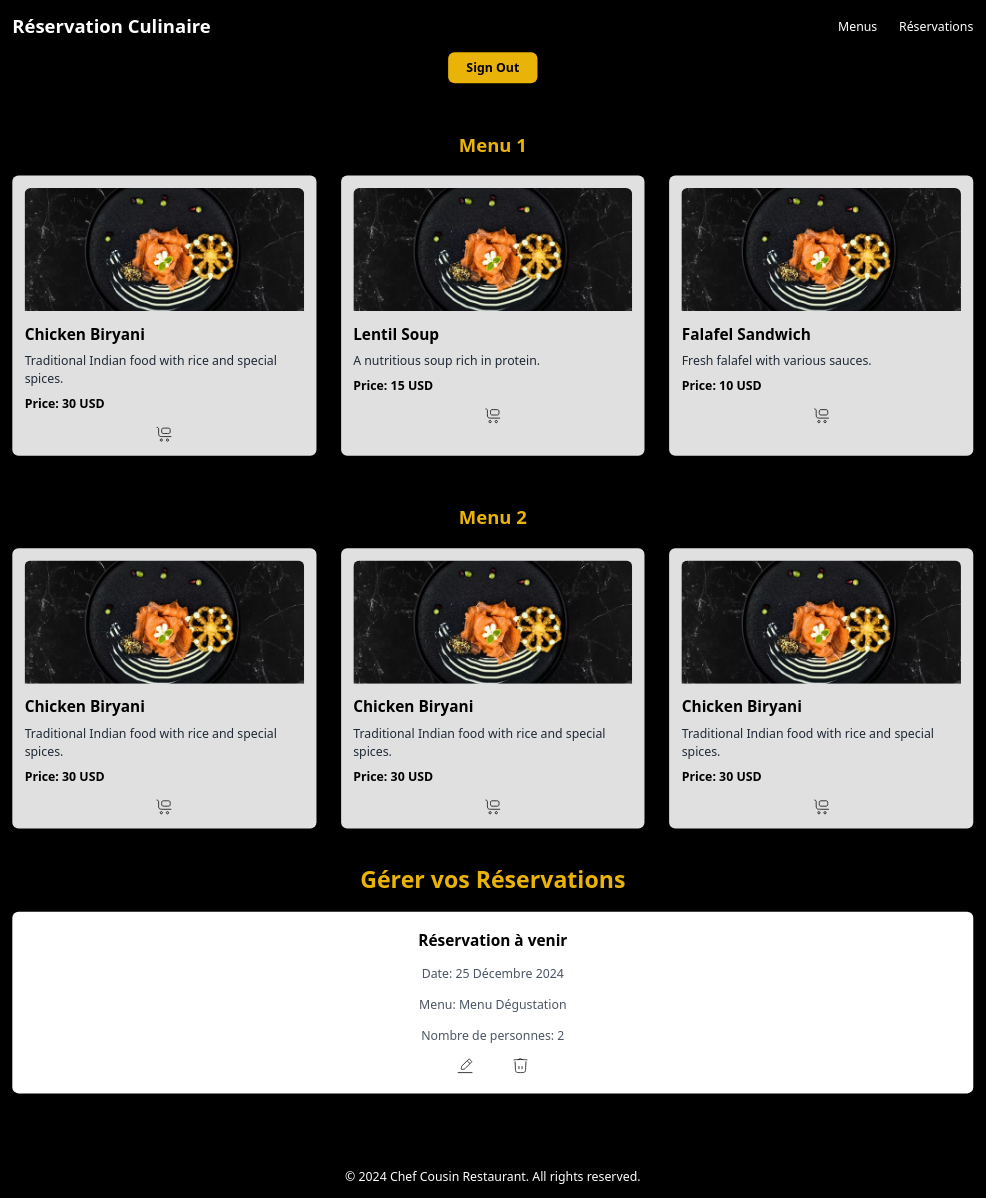
Repository: HamzaChehlaoui/Site-Web-pour-un-Chef-Cuisinier
Page: http://localhost/menuutil.php
The author's editor kept a copy of each file at every save. The page is drawn from the files as they stood at one save, then again after a run of saves.
The browser window is 1280 px wide. The pictures show the whole page, at 77% of full size.
Some web libraries are served in a nearby version. The page is run by PHP 8.4 with error messages shown; the project is at /var/www/html/.

Above is the page before, as saved 2024-12-18 17:20:16.

### menuutil.php
<!DOCTYPE html>
<html lang="fr">
<head>
    <meta charset="UTF-8">
    <meta name="viewport" content="width=device-width, initial-scale=1.0">
    <title>Réservation d'Expérience Culinaire</title>
    <script src="https://cdn.tailwindcss.com"></script></head>
<body class="bg-black font-sans">

    <!-- Navbar -->
    <header class="bg-black text-white p-4">
        <div class="max-w-7xl mx-auto flex justify-between items-center">
            <h1 class="text-[1.5rem] font-semibold">Réservation Culinaire</h1>
            <nav class="space-x-6">
                <a href="#menus" class="hover:text-gray-300">Menus</a>
                <a href="#reservations" class="hover:text-gray-300">Réservations</a>
            </nav>
        </div>
    </header>
    <div class="text-center mb-8">
        <a href="index.php" class="inline-block bg-yellow-500 text-black px-6 py-2 rounded-lg font-semibold hover:scale-105 hover:shadow-lg transition-transform">
            Sign Out
        </a>
    </div>
    <!-- Menu Section -->
    <section class="py-8">
        <div class="container mx-auto px-4">
            <h2 class="text-2xl font-semibold mb-6 text-center text-yellow-500">Menu 1</h2>
            <div class="grid grid-cols-1 sm:grid-cols-2 lg:grid-cols-3 gap-8">
                <!-- Dish 1 -->
                <div class="bg-[#E0E0E0] p-4 rounded-lg shadow-lg hover:shadow-xl hover:bg-[#E0E0E0] transition duration-300">
                    <img src="zalmbloem-met-roomkaas_hr-4.webp" alt="Dish 1" class="w-full h-40 object-cover rounded-t-lg">
                    <h3 class="text-xl font-semibold mt-4 text-black">Chicken Biryani</h3>
                    <p class="text-gray-800 mt-2">Traditional Indian food with rice and special spices.</p>
                    <p class="mt-2 font-bold text-black">Price: 30 USD</p>
                      <!-- Edit and Delete buttons -->
                    <div class="mt-4 flex justify-center">
                <svg width="24" height="24" viewBox="0 0 24 24" fill="none" xmlns="http://www.w3.org/2000/svg">
                <path d="M10 19.5C10 20.3284 9.32843 21 8.5 21C7.67157 21 7 20.3284 7 19.5C7 18.6716 7.67157 18 8.5 18C9.32843 18 10 18.6716 10 19.5Z" stroke="black" stroke-width="null" class="my-path"></path>
                <path d="M18 19.5C18 20.3284 17.3284 21 16.5 21C15.6716 21 15 20.3284 15 19.5C15 18.6716 15.6716 18 16.5 18C17.3284 18 18 18.6716 18 19.5Z" stroke="black" stroke-width="null" class="my-path"></path>
                <path d="M21 15H11C8.17157 15 6.75736 15 5.87868 14.1213C5 13.2426 5 11.8284 5 9V5C5 3.89543 4.10457 3 3 3" stroke="black" stroke-width="null" stroke-linecap="round" class="my-path"></path>
                <path d="M9 7.5C9 6.09554 9 5.39331 9.33706 4.88886C9.48298 4.67048 9.67048 4.48298 9.88886 4.33706C10.3933 4 11.0955 4 12.5 4H16.5C17.9045 4 18.6067 4 19.1111 4.33706C19.3295 4.48298 19.517 4.67048 19.6629 4.88886C20 5.39331 20 6.09554 20 7.5C20 8.90446 20 9.60669 19.6629 10.1111C19.517 10.3295 19.3295 10.517 19.1111 10.6629C18.6067 11 17.9045 11 16.5 11H12.5C11.0955 11 10.3933 11 9.88886 10.6629C9.67048 10.517 9.48298 10.3295 9.33706 10.1111C9 9.60669 9 8.90446 9 7.5Z" stroke="black" stroke-width="null" class="my-path"></path>
                </svg>

                    </div>
                </div>
                <!-- Dish 2 -->
                <div class="bg-[#E0E0E0] p-4 rounded-lg shadow-lg hover:shadow-xl hover:bg-[#E0E0E0] transition duration-300">
                    <img src="zalmbloem-met-roomkaas_hr-4.webp" alt="Dish 2" class="w-full h-40 object-cover rounded-t-lg">
                    <h3 class="text-xl font-semibold mt-4 text-black">Lentil Soup</h3>
                    <p class="text-gray-800 mt-2">A nutritious soup rich in protein.</p>
                    <p class="mt-2 font-bold text-black">Price: 15 USD</p>
                      <!-- Edit and Delete buttons -->
                    <div class="mt-4 flex justify-center">
                    <svg width="24" height="24" viewBox="0 0 24 24" fill="none" xmlns="http://www.w3.org/2000/svg">
                    <path d="M10 19.5C10 20.3284 9.32843 21 8.5 21C7.67157 21 7 20.3284 7 19.5C7 18.6716 7.67157 18 8.5 18C9.32843 18 10 18.6716 10 19.5Z" stroke="black" stroke-width="null" class="my-path"></path>
                    <path d="M18 19.5C18 20.3284 17.3284 21 16.5 21C15.6716 21 15 20.3284 15 19.5C15 18.6716 15.6716 18 16.5 18C17.3284 18 18 18.6716 18 19.5Z" stroke="black" stroke-width="null" class="my-path"></path>
                    <path d="M21 15H11C8.17157 15 6.75736 15 5.87868 14.1213C5 13.2426 5 11.8284 5 9V5C5 3.89543 4.10457 3 3 3" stroke="black" stroke-width="null" stroke-linecap="round" class="my-path"></path>
                    <path d="M9 7.5C9 6.09554 9 5.39331 9.33706 4.88886C9.48298 4.67048 9.67048 4.48298 9.88886 4.33706C10.3933 4 11.0955 4 12.5 4H16.5C17.9045 4 18.6067 4 19.1111 4.33706C19.3295 4.48298 19.517 4.67048 19.6629 4.88886C20 5.39331 20 6.09554 20 7.5C20 8.90446 20 9.60669 19.6629 10.1111C19.517 10.3295 19.3295 10.517 19.1111 10.6629C18.6067 11 17.9045 11 16.5 11H12.5C11.0955 11 10.3933 11 9.88886 10.6629C9.67048 10.517 9.48298 10.3295 9.33706 10.1111C9 9.60669 9 8.90446 9 7.5Z" stroke="black" stroke-width="null" class="my-path"></path>
                    </svg>

                    </div>
                </div>
                <!-- Dish 3 -->
                <div class="bg-[#E0E0E0] p-4 rounded-lg shadow-lg hover:shadow-xl hover:bg-[#E0E0E0] transition duration-300">
                    <img src="zalmbloem-met-roomkaas_hr-4.webp" alt="Dish 3" class="w-full h-40 object-cover rounded-t-lg">
                    <h3 class="text-xl font-semibold mt-4 text-black">Falafel Sandwich</h3>
                    <p class="text-gray-800 mt-2">Fresh falafel with various sauces.</p>
                    <p class="mt-2 font-bold text-black">Price: 10 USD</p>
                       <!-- Edit and Delete buttons -->
                    <div class="mt-4 flex justify-center">
                        <!-- edit  -->
                        <svg width="24" height="24" viewBox="0 0 24 24" fill="none" xmlns="http://www.w3.org/2000/svg">
                        <path d="M10 19.5C10 20.3284 9.32843 21 8.5 21C7.67157 21 7 20.3284 7 19.5C7 18.6716 7.67157 18 8.5 18C9.32843 18 10 18.6716 10 19.5Z" stroke="black" stroke-width="null" class="my-path"></path>
                        <path d="M18 19.5C18 20.3284 17.3284 21 16.5 21C15.6716 21 15 20.3284 15 19.5C15 18.6716 15.6716 18 16.5 18C17.3284 18 18 18.6716 18 19.5Z" stroke="black" stroke-width="null" class="my-path"></path>
                        <path d="M21 15H11C8.17157 15 6.75736 15 5.87868 14.1213C5 13.2426 5 11.8284 5 9V5C5 3.89543 4.10457 3 3 3" stroke="black" stroke-width="null" stroke-linecap="round" class="my-path"></path>
                        <path d="M9 7.5C9 6.09554 9 5.39331 9.33706 4.88886C9.48298 4.67048 9.67048 4.48298 9.88886 4.33706C10.3933 4 11.0955 4 12.5 4H16.5C17.9045 4 18.6067 4 19.1111 4.33706C19.3295 4.48298 19.517 4.67048 19.6629 4.88886C20 5.39331 20 6.09554 20 7.5C20 8.90446 20 9.60669 19.6629 10.1111C19.517 10.3295 19.3295 10.517 19.1111 10.6629C18.6067 11 17.9045 11 16.5 11H12.5C11.0955 11 10.3933 11 9.88886 10.6629C9.67048 10.517 9.48298 10.3295 9.33706 10.1111C9 9.60669 9 8.90446 9 7.5Z" stroke="black" stroke-width="null" class="my-path"></path>
                        </svg>
                    </div>
                </div>
                </div>
            </div>
        </div>
         <!-- /* From Uiverse.io by OnCloud125252 */  -->

    </section>
    <section class="py-8">
        <div class="container mx-auto px-4">
            <h2 class="text-2xl font-semibold mb-6 text-center text-yellow-500">Menu 2</h2>
            <div class="grid grid-cols-1 sm:grid-cols-2 lg:grid-cols-3 gap-8">
                <!-- Repeat the dishes here with Edit and Delete buttons -->
                <div class="bg-[#E0E0E0] p-4 rounded-lg shadow-lg hover:shadow-xl hover:bg-[#E0E0E0] transition duration-300">
                    <img src="zalmbloem-met-roomkaas_hr-4.webp" alt="Dish 1" class="w-full h-40 object-cover rounded-t-lg">
                    <h3 class="text-xl font-semibold mt-4 text-black">Chicken Biryani</h3>
                    <p class="text-gray-800 mt-2">Traditional Indian food with rice and special spices.</p>
                    <p class="mt-2 font-bold text-black">Price: 30 USD</p>
                      <!-- Edit and Delete buttons -->
                    <div class="mt-4 flex justify-center">
                        <!-- edit  -->
                        <svg width="24" height="24" viewBox="0 0 24 24" fill="none" xmlns="http://www.w3.org/2000/svg">
                        <path d="M10 19.5C10 20.3284 9.32843 21 8.5 21C7.67157 21 7 20.3284 7 19.5C7 18.6716 7.67157 18 8.5 18C9.32843 18 10 18.6716 10 19.5Z" stroke="black" stroke-width="null" class="my-path"></path>
                        <path d="M18 19.5C18 20.3284 17.3284 21 16.5 21C15.6716 21 15 20.3284 15 19.5C15 18.6716 15.6716 18 16.5 18C17.3284 18 18 18.6716 18 19.5Z" stroke="black" stroke-width="null" class="my-path"></path>
                        <path d="M21 15H11C8.17157 15 6.75736 15 5.87868 14.1213C5 13.2426 5 11.8284 5 9V5C5 3.89543 4.10457 3 3 3" stroke="black" stroke-width="null" stroke-linecap="round" class="my-path"></path>
                        <path d="M9 7.5C9 6.09554 9 5.39331 9.33706 4.88886C9.48298 4.67048 9.67048 4.48298 9.88886 4.33706C10.3933 4 11.0955 4 12.5 4H16.5C17.9045 4 18.6067 4 19.1111 4.33706C19.3295 4.48298 19.517 4.67048 19.6629 4.88886C20 5.39331 20 6.09554 20 7.5C20 8.90446 20 9.60669 19.6629 10.1111C19.517 10.3295 19.3295 10.517 19.1111 10.6629C18.6067 11 17.9045 11 16.5 11H12.5C11.0955 11 10.3933 11 9.88886 10.6629C9.67048 10.517 9.48298 10.3295 9.33706 10.1111C9 9.60669 9 8.90446 9 7.5Z" stroke="black" stroke-width="null" class="my-path"></path>
                        </svg>

                    </div>
                </div>
                <!-- Dish 1 -->
                <div class="bg-[#E0E0E0] p-4 rounded-lg shadow-lg hover:shadow-xl hover:bg-[#E0E0E0] transition duration-300">
                    <img src="zalmbloem-met-roomkaas_hr-4.webp" alt="Dish 1" class="w-full h-40 object-cover rounded-t-lg">
                    <h3 class="text-xl font-semibold mt-4 text-black">Chicken Biryani</h3>
                    <p class="text-gray-800 mt-2">Traditional Indian food with rice and special spices.</p>
                    <p class="mt-2 font-bold text-black">Price: 30 USD</p>
                      <!-- Edit and Delete buttons -->
                    <div class="mt-4 flex justify-center">
                    <svg width="24" height="24" viewBox="0 0 24 24" fill="none" xmlns="http://www.w3.org/2000/svg">
                    <path d="M10 19.5C10 20.3284 9.32843 21 8.5 21C7.67157 21 7 20.3284 7 19.5C7 18.6716 7.67157 18 8.5 18C9.32843 18 10 18.6716 10 19.5Z" stroke="black" stroke-width="null" class="my-path"></path>
                    <path d="M18 19.5C18 20.3284 17.3284 21 16.5 21C15.6716 21 15 20.3284 15 19.5C15 18.6716 15.6716 18 16.5 18C17.3284 18 18 18.6716 18 19.5Z" stroke="black" stroke-width="null" class="my-path"></path>
                    <path d="M21 15H11C8.17157 15 6.75736 15 5.87868 14.1213C5 13.2426 5 11.8284 5 9V5C5 3.89543 4.10457 3 3 3" stroke="black" stroke-width="null" stroke-linecap="round" class="my-path"></path>
                    <path d="M9 7.5C9 6.09554 9 5.39331 9.33706 4.88886C9.48298 4.67048 9.67048 4.48298 9.88886 4.33706C10.3933 4 11.0955 4 12.5 4H16.5C17.9045 4 18.6067 4 19.1111 4.33706C19.3295 4.48298 19.517 4.67048 19.6629 4.88886C20 5.39331 20 6.09554 20 7.5C20 8.90446 20 9.60669 19.6629 10.1111C19.517 10.3295 19.3295 10.517 19.1111 10.6629C18.6067 11 17.9045 11 16.5 11H12.5C11.0955 11 10.3933 11 9.88886 10.6629C9.67048 10.517 9.48298 10.3295 9.33706 10.1111C9 9.60669 9 8.90446 9 7.5Z" stroke="black" stroke-width="null" class="my-path"></path>
                    </svg>
                   </div>
                </div>
            <!-- Dish 1 -->
            <div class="bg-[#E0E0E0] p-4 rounded-lg shadow-lg hover:shadow-xl hover:bg-[#E0E0E0] transition duration-300">
                    <img src="zalmbloem-met-roomkaas_hr-4.webp" alt="Dish 1" class="w-full h-40 object-cover rounded-t-lg">
                    <h3 class="text-xl font-semibold mt-4 text-black">Chicken Biryani</h3>
                    <p class="text-gray-800 mt-2">Traditional Indian food with rice and special spices.</p>
                    <p class="mt-2 font-bold text-black">Price: 30 USD</p>
                      <!-- Edit and Delete buttons -->
                    <div class="mt-4 flex justify-center">
                    <svg width="24" height="24" viewBox="0 0 24 24" fill="none" xmlns="http://www.w3.org/2000/svg">
                    <path d="M10 19.5C10 20.3284 9.32843 21 8.5 21C7.67157 21 7 20.3284 7 19.5C7 18.6716 7.67157 18 8.5 18C9.32843 18 10 18.6716 10 19.5Z" stroke="black" stroke-width="null" class="my-path"></path>
                    <path d="M18 19.5C18 20.3284 17.3284 21 16.5 21C15.6716 21 15 20.3284 15 19.5C15 18.6716 15.6716 18 16.5 18C17.3284 18 18 18.6716 18 19.5Z" stroke="black" stroke-width="null" class="my-path"></path>
                    <path d="M21 15H11C8.17157 15 6.75736 15 5.87868 14.1213C5 13.2426 5 11.8284 5 9V5C5 3.89543 4.10457 3 3 3" stroke="black" stroke-width="null" stroke-linecap="round" class="my-path"></path>
                    <path d="M9 7.5C9 6.09554 9 5.39331 9.33706 4.88886C9.48298 4.67048 9.67048 4.48298 9.88886 4.33706C10.3933 4 11.0955 4 12.5 4H16.5C17.9045 4 18.6067 4 19.1111 4.33706C19.3295 4.48298 19.517 4.67048 19.6629 4.88886C20 5.39331 20 6.09554 20 7.5C20 8.90446 20 9.60669 19.6629 10.1111C19.517 10.3295 19.3295 10.517 19.1111 10.6629C18.6067 11 17.9045 11 16.5 11H12.5C11.0955 11 10.3933 11 9.88886 10.6629C9.67048 10.517 9.48298 10.3295 9.33706 10.1111C9 9.60669 9 8.90446 9 7.5Z" stroke="black" stroke-width="null" class="my-path"></path>
                    </svg>
                   </div>
                </div>
            </div>
    <!-- Reservation Section -->
    <section id="reservations" class="py-12 bg-black">
        <div class="max-w-7xl mx-auto text-center">
            <h2 class="text-3xl font-bold mb-6 text-yellow-500">Gérer vos Réservations</h2>

            <div class="bg-white p-6 rounded-lg shadow-md">
                <h3 class="text-xl font-semibold mb-4">Réservation à venir</h3>
                <p class="text-gray-600 mb-4">Date: 25 Décembre 2024</p>
                <p class="text-gray-600 mb-4">Menu: Menu Dégustation</p>
                <p class="text-gray-600 mb-4">Nombre de personnes: 2</p>
                 <!-- Edit and Delete buttons -->
                 <div class="mt-4 flex justify-center gap-[3rem]">
                    <svg width="24" height="24" viewBox="0 0 24 24" fill="none" xmlns="http://www.w3.org/2000/svg">
                    <path d="M15.7734 4.42255L8.01924 12.2706C7.79291 12.4996 7.67974 12.6142 7.60917 12.7552C7.53859 12.8961 7.51521 13.0544 7.46845 13.3709L7.30803 14.4566C7.12534 15.693 7.034 16.3112 7.40145 16.6645C7.7689 17.0178 8.39306 16.9118 9.64137 16.6999L10.7375 16.5139C11.0571 16.4596 11.2168 16.4325 11.3579 16.3593C11.499 16.2861 11.6121 16.1715 11.8385 15.9425L19.5927 8.09446C20.2553 7.42379 20.5866 7.08846 20.5814 6.67712C20.5761 6.26578 20.2363 5.93906 19.5566 5.28563L18.6209 4.38599C17.9412 3.73256 17.6014 3.40584 17.1844 3.4112C16.7674 3.41655 16.4361 3.75188 15.7734 4.42255Z" stroke="black" stroke-width="null" class="my-path"></path>
                    <path d="M18.3329 9.22206L14.7773 5.6665" stroke="black" stroke-width="null" class="my-path"></path>
                    <path d="M21 21H3" stroke="black" stroke-width="null" stroke-linecap="round" class="my-path"></path>
                    </svg>
                    <!-- delete  -->
                    <svg width="24" height="24" viewBox="0 0 24 24" fill="none" xmlns="http://www.w3.org/2000/svg">
                    <path d="M5 7L5.29949 14.7868C5.41251 17.7252 5.46902 19.1944 6.40719 20.0972C7.34537 21 8.81543 21 11.7555 21H12.2433C15.1842 21 16.6547 21 17.5928 20.0972C18.531 19.1944 18.5875 17.7252 18.7006 14.7868L19 7" stroke="black" stroke-width="null" stroke-linecap="round" class="my-path"></path>
                    <path d="M10 13V16" stroke="black" stroke-width="null" stroke-linecap="round" class="my-path"></path>
                    <path d="M14 13V16" stroke="black" stroke-width="null" stroke-linecap="round" class="my-path"></path>
                    <path d="M20.4706 4.43329C18.6468 4.27371 17.735 4.19392 16.8229 4.13611C13.6109 3.93249 10.3891 3.93249 7.17707 4.13611C6.26506 4.19392 5.35318 4.27371 3.52942 4.43329" stroke="black" stroke-width="null" stroke-linecap="round" class="my-path"></path>
                    <path d="M13.7647 3.95212C13.7647 3.95212 13.3993 2.98339 11.6471 2.9834C9.8949 2.9834 9.52942 3.95211 9.52942 3.95211" stroke="black" stroke-width="null" stroke-linecap="round" class="my-path"></path>
                    </svg>  </div>
                </div> </div>
        </div>
    </section>

    <!-- Footer -->
    <footer class="bg-black text-white py-4">
        <div class="container mx-auto text-center">
            <p>&copy; 2024 Chef Cousin Restaurant. All rights reserved.</p>
        </div>
    </footer>

</body>
</html>

After the next 2 saves:
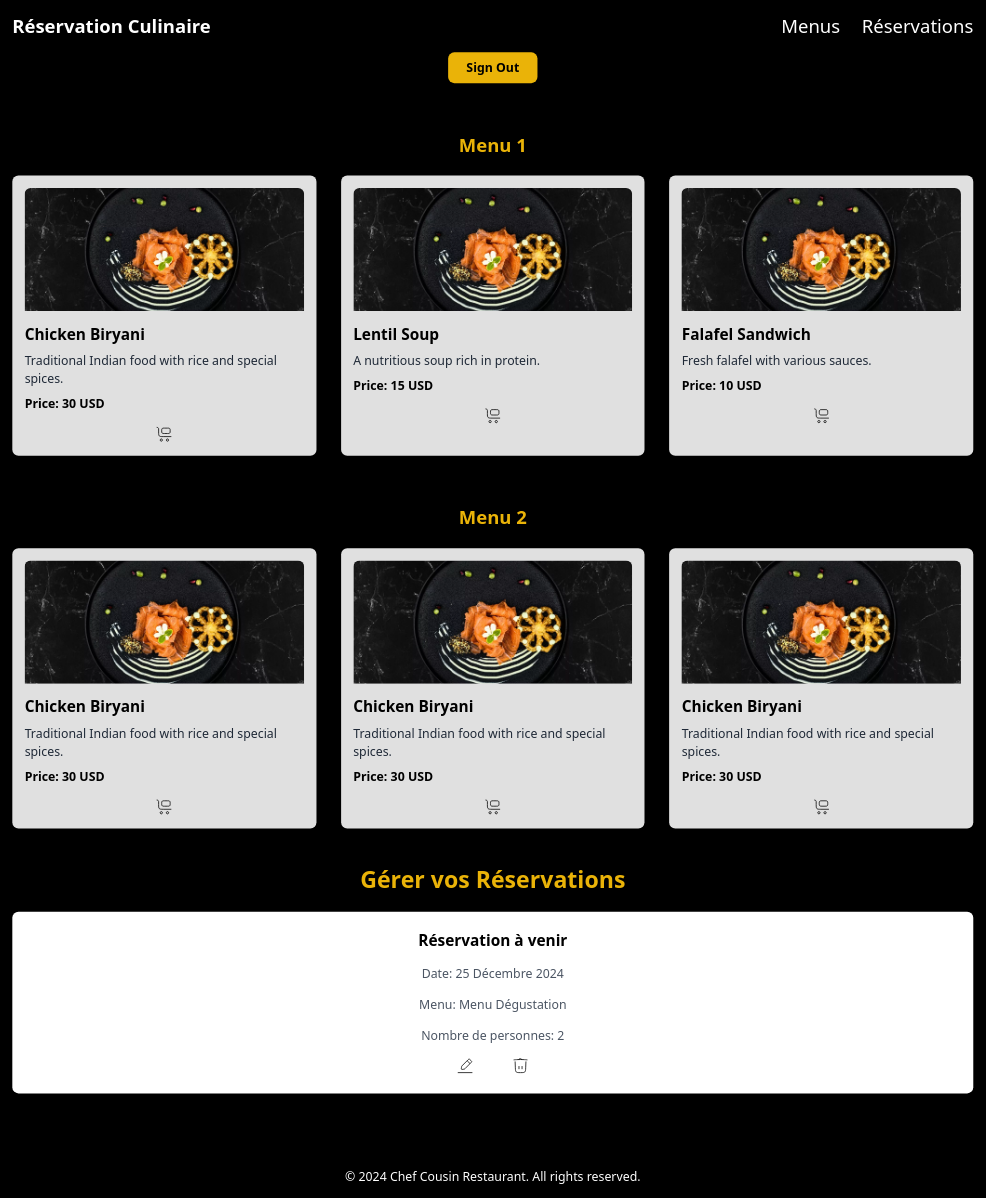
The 2 saves are shown as one change because they came seconds apart.
The last was saved 25 s later.
--- a/menuutil.php
+++ b/menuutil.php
@@ -12,8 +12,8 @@
         <div class="max-w-7xl mx-auto flex justify-between items-center">
             <h1 class="text-[1.5rem] font-semibold">Réservation Culinaire</h1>
             <nav class="space-x-6">
-                <a href="#menus" class="hover:text-gray-300">Menus</a>
-                <a href="#reservations" class="hover:text-gray-300">Réservations</a>
+                <a href="#menus" class="hover:text-gray-300 text-[1.5rem]">Menus</a>
+                <a href="#reservations" class="hover:text-gray-300 text-[1.5rem]">Réservations</a>
             </nav>
         </div>
     </header>
